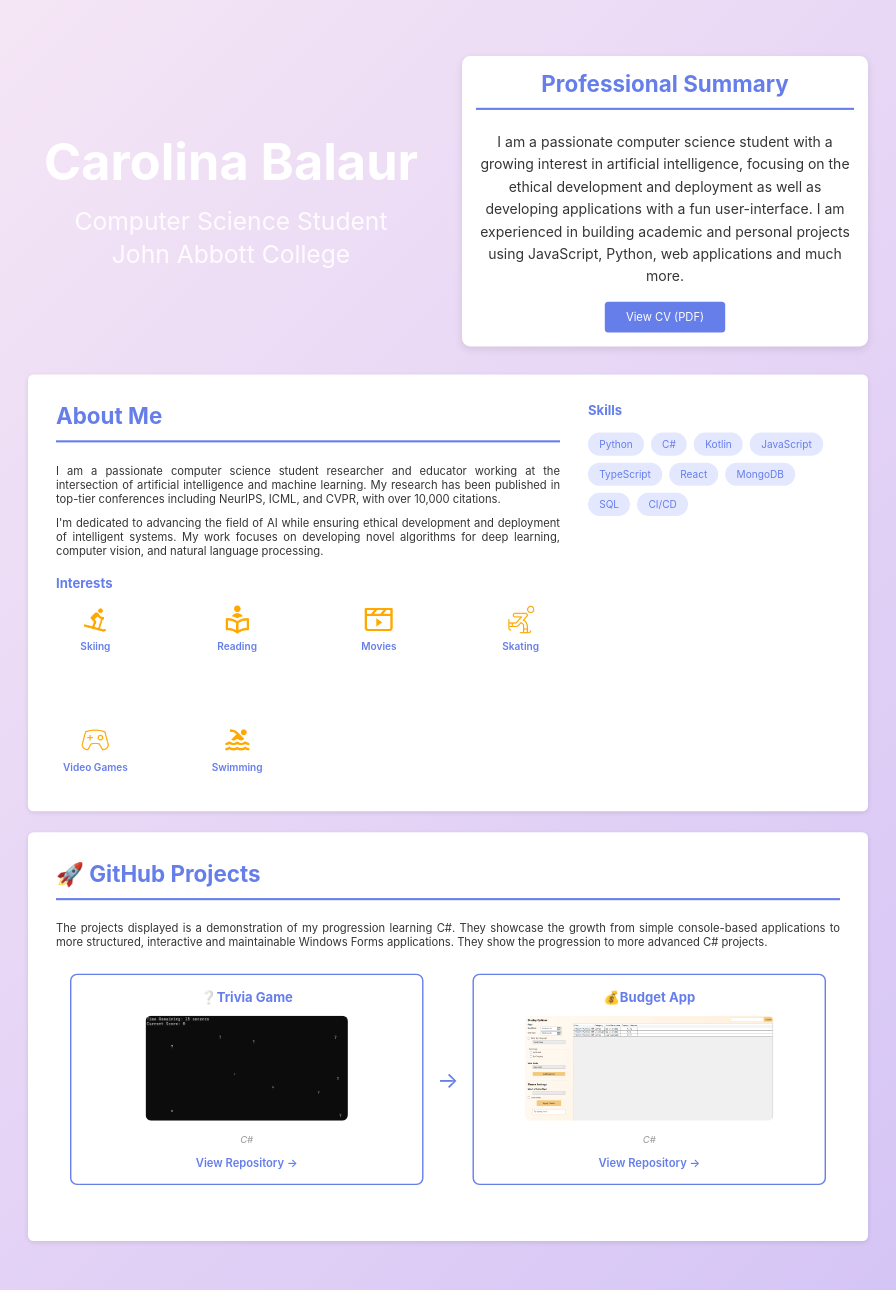
Repository: cocobalaur/portfolio
Page: index.html
An editor plug-in stored every save of this project. The page is shown before and after the next save, followed by the edit.
The browser window is 1280 px wide. The pictures show the whole page, at 70% of full size.

Above is the page before, as saved 2025-12-07 00:02:51.

After the next save:
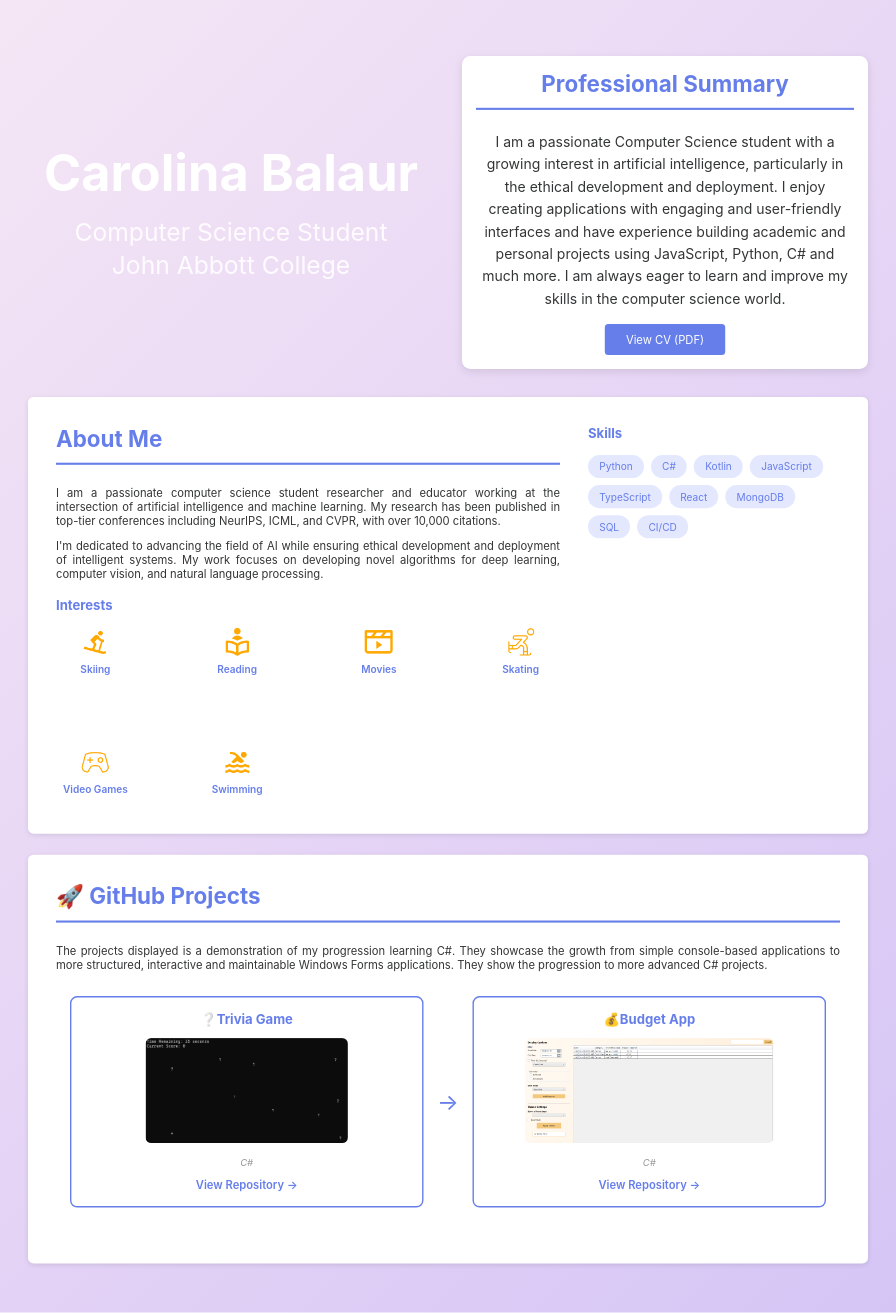
Saved 2 min 18 s later.
--- a/index.html
+++ b/index.html
@@ -24,10 +24,11 @@
 
                     <h2 class="section-title">Professional Summary</h2>
                     <p>
-                        I am a passionate computer science student with a growing interest in artificial intelligence,
-                        focusing on the ethical development and deployment as well as developing applications with a fun
-                        user-interface. I am experienced in building academic and personal projects using JavaScript,
-                        Python, web applications and much more.
+                        I am a passionate Computer Science student with a growing interest in artificial intelligence,
+                        particularly in the ethical development and deployment.
+                        I enjoy creating applications with engaging and user-friendly interfaces and have experience building
+                        academic and personal projects using JavaScript, Python, C# and much more.
+                        I am always eager to learn and improve my skills in the computer science world.
                     </p>
 
 
